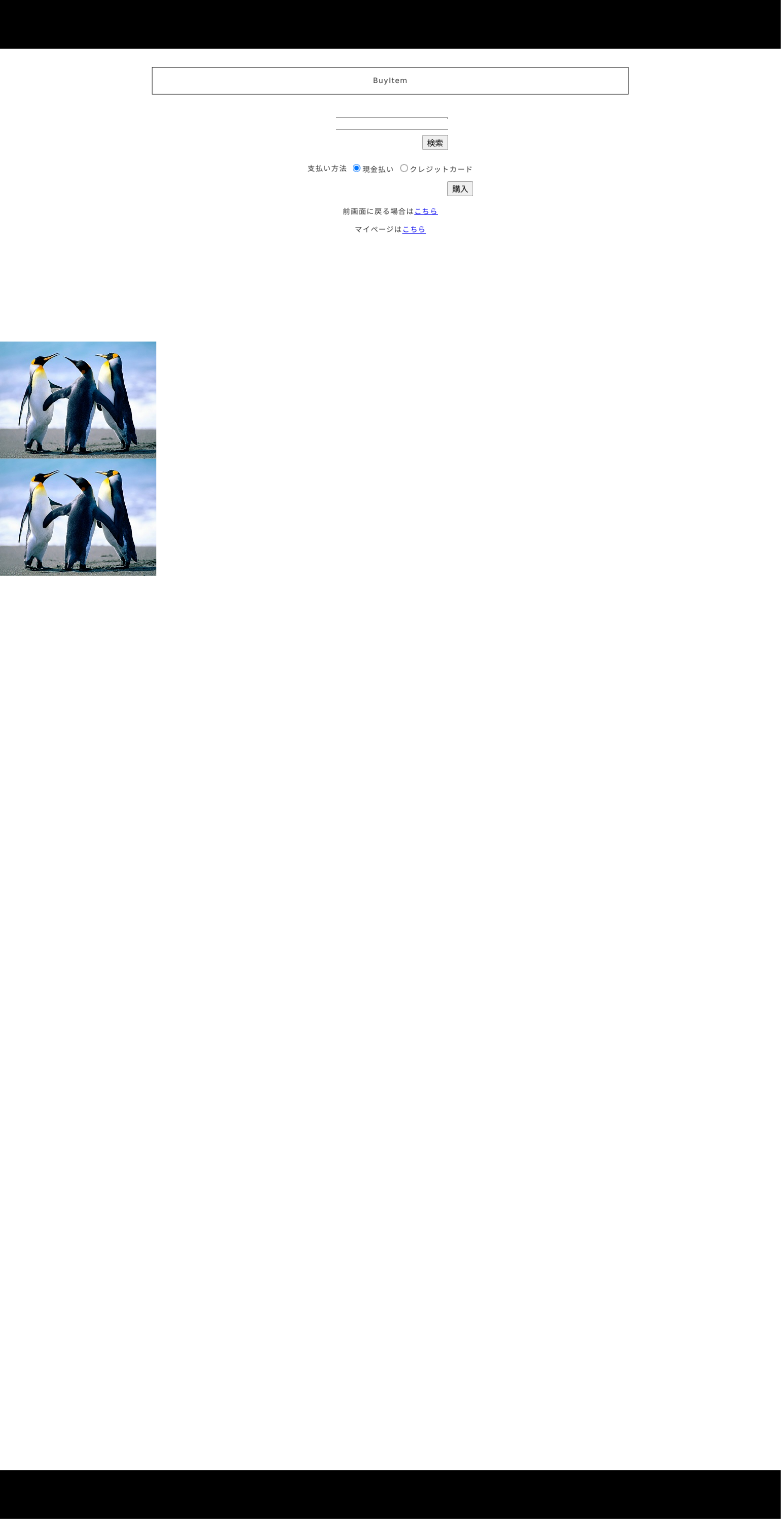
Repository: kanav0208/test
Page: http://localhost/ecsite/buyItem.jsp
The author's editor kept a copy of each file at every save. The page is drawn from the files as they stood at one save, then again after the next save.
The browser window is 1280 px wide. The pictures show the whole page, at 61% of full size.
The page is served by Tomcat 9.

Above is the page before, as saved 2018-02-27 06:31:27.

After the next save:
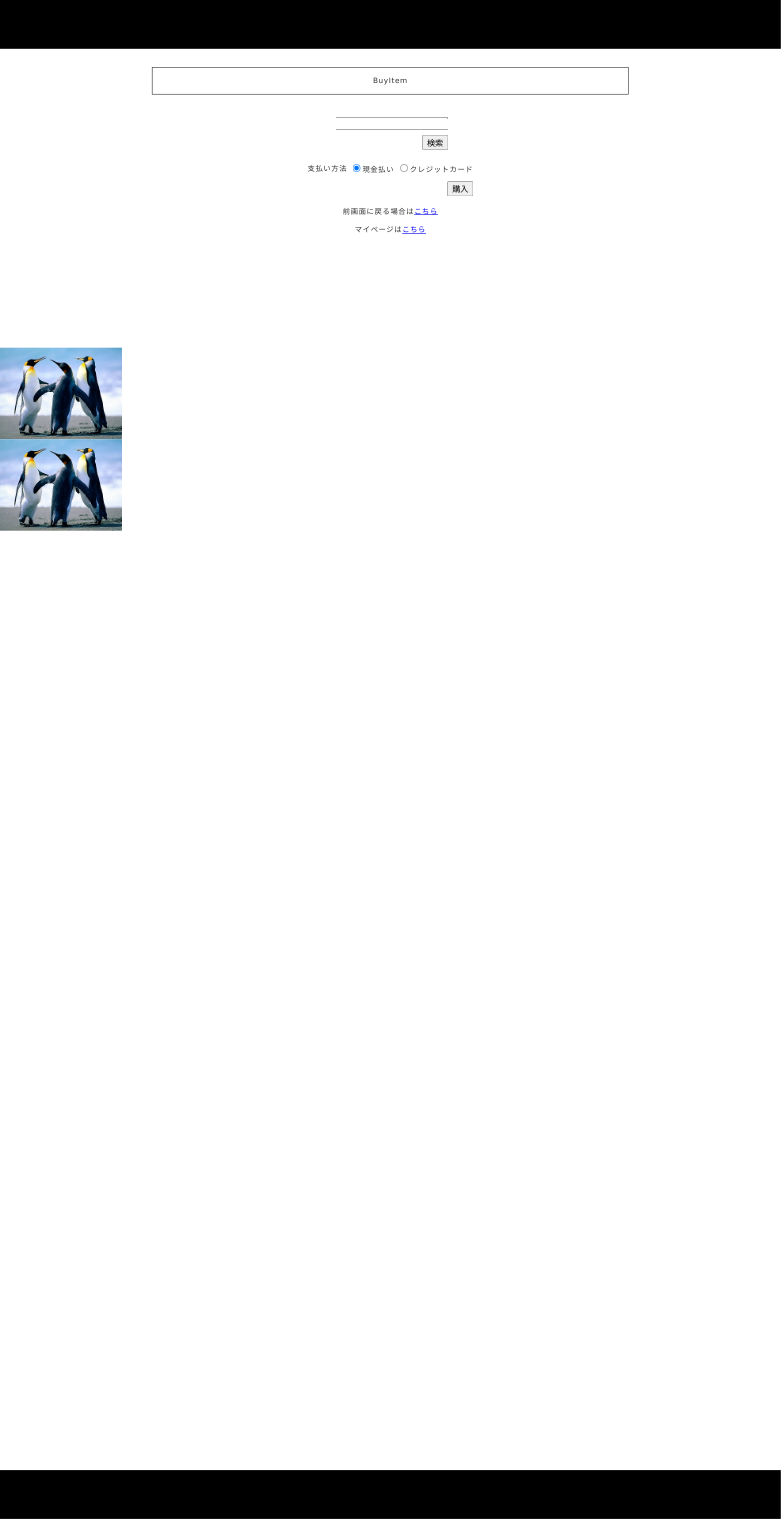
Saved 18 s later.
--- a/ecsite/WebContent/buyItem.jsp
+++ b/ecsite/WebContent/buyItem.jsp
@@ -67,9 +67,9 @@
     display: block;
     position: absolute;
 
-    width: 20%;
-
-    bottom: 60px;
+    width: 15%;
+
+    bottom: 50px;
 
     z-index: 4;
 
